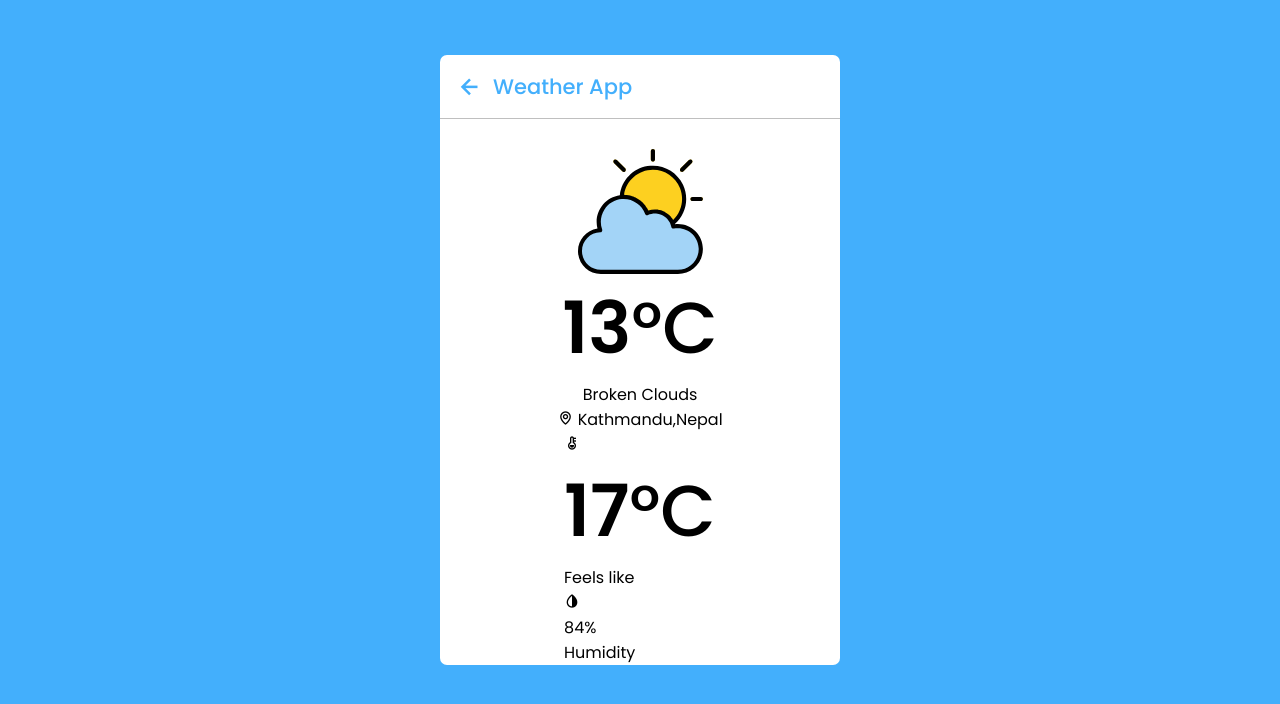
Repository: long13820/Weather-App-HTML-CSS-Javascript
Page: index.html
These files come from the project's save history. The page is drawn as it stood at one moment and after a run of saves; the edit follows.
The browser window is 1280 px wide. The pictures show the whole page.

Above is the page before, as saved 2021-09-02 11:27:19.

### index.html
<!DOCTYPE html>
<html lang="en">
<head>
    <meta charset="UTF-8">
    <meta http-equiv="X-UA-Compatible" content="IE=edge">
    <meta name="viewport" content="width=device-width, initial-scale=1.0">
    <title>Weather App</title>
    <link rel="stylesheet" href="style.css">

    <!--Linking Boxicon For Icon-->
    <link rel="stylesheet" href='https://unpkg.com/boxicons@2.0.9/css/boxicons.min.css' >


</head>
<body>
    <div class="wrapper">
        <header>
            <i class="bx bx-left-arrow-alt"></i>
            Weather App
        </header>
        <section class="input-part">
            <p class="info-txt pending">Please enter a valid city name</p>
            <input type="text" placeholder="Enter city name" spellcheck="false" required>
            <div class="separator"></div>
            <button>Get Device Location</button>
        </section>
        <section class="weather-part">
            <img src="/Weather Icons/cloud.svg" alt="Weather Icon">
            <div class="temp">
                <span class="numb">13</span>
                <span class="deg">°</span>C
            </div>
            <div class="weather">Broken Clouds</div>
            <div class="location">
                <i class="bx bx-map"></i>
                <span>Kathmandu,Nepal</span>
            </div>
            <div class="bottom-details">
                <div class="column feels">
                    <i class="bx bxs-thermometer"></i>
                    <div class="details">
                        <div class="temp">
                            <span class="numb">17</span>
                            <span class="deg">°</span>C
                        </div>
                        <p>Feels like</p>
                    </div>
                </div>
                <div class="column humidity">
                    <i class="bx bxs-droplet-half"></i>
                    <div class="details">
                        <span class="numb">84%</span>
                        <p>Humidity</p>
                    </div>
                </div>
            </div>
        </section>
    </div>
</body>
</html>

### style.css
/*Import Google Font - Poppins*/
@import url('https://fonts.googleapis.com/css2?family=Poppins:wght@400;500;600;700&display=swap');
*{
    margin: 0;
    padding: 0;
    box-sizing: border-box;
    font-family: 'Poppins', sans-serif;
}
body{
    display: flex;
    align-items: center;
    justify-content: center;
    min-height: 100vh;
    background: #43AFFC;
}
.wrapper{
    width: 400px;
    border-radius: 7px;
    background: white;
}
.wrapper header{
    color: #43AFFC;
    font-size: 21px;
    font-weight: 500;
    padding: 16px 15px;
    display: flex;
    align-items: center;
    border-bottom: 1px solid #bfbfbf;

}
header i{
    cursor: pointer;
    font-size: 30px;
    margin-right: 8px;
}
.wrapper .input-part{
    display: none;
    margin: 20px 25px 30px;
}
.input-part .info-txt{
    display: none;
    font-size: 17px;
    text-align: center;
    padding: 12px 7px;
    border-radius: 7px;
    margin-bottom: 15px;
}
.info-txt.error{
    display: block;
    color: #721c24;
    background: #f8d7da;
    border: 1px solid #f5c6cb;
}
.info-txt.pending{
    display: block;
    color: #0c5460;
    background: #d1ecf1;
    border: 1px solid #bee5eb;
}
.input-part :where(input, button){
    width: 100%;
    height: 55px;
    border: none;
    outline: none;
    font-size: 18px;
    border-radius: 7px;
}
.input-part input{
    text-align: center;
    border: 1px solid #bfbfbf;
}
.input-part input:is(:focus,:valid){

}
.input-part .separator{
    height: 1px;
    width: 100%;
    margin: 25px 0px;
    background: #ccc;
    display: flex;
    align-items: center;
    justify-content: center;
}
.separator::before{
    content: "or";
    background-color: white;
    font-size: 19px;
    padding: 0px 15px;
    background: #fff;
}
.input-part button{
    color: white;
    cursor: pointer;
    background: #43AFFC;
}

.wrapper .weather-part{
    margin: 30px 0 0;
    display: flex;
    align-items: center;
    justify-content: center;
    flex-direction: column;
}
.weather-part img{
    max-width: 125px;
}
.weather-part .temp{
    display: flex;
    font-size: 72px;
    font-weight: 500;
}
.weather-part .temp .numb{
    font-weight: 600;
}
.weather-part .

After the next 3 saves:
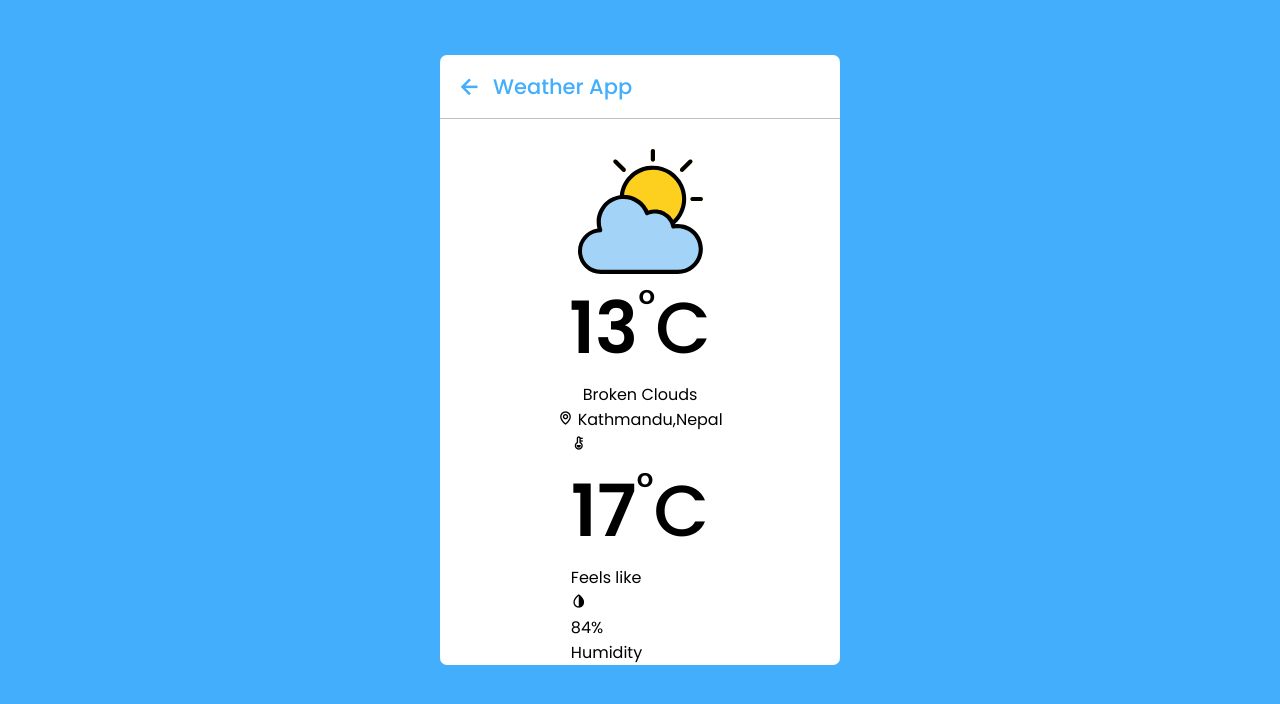
The 3 saves are shown as one change because they came seconds apart.
The last was saved 10 s later.
--- a/style.css
+++ b/style.css
@@ -112,4 +112,6 @@ header i{
 .weather-part .temp .numb{
     font-weight: 600;
 }
-.weather-part .
+.weather-part .temp .deg{
+    font-size: 40px;
+}
